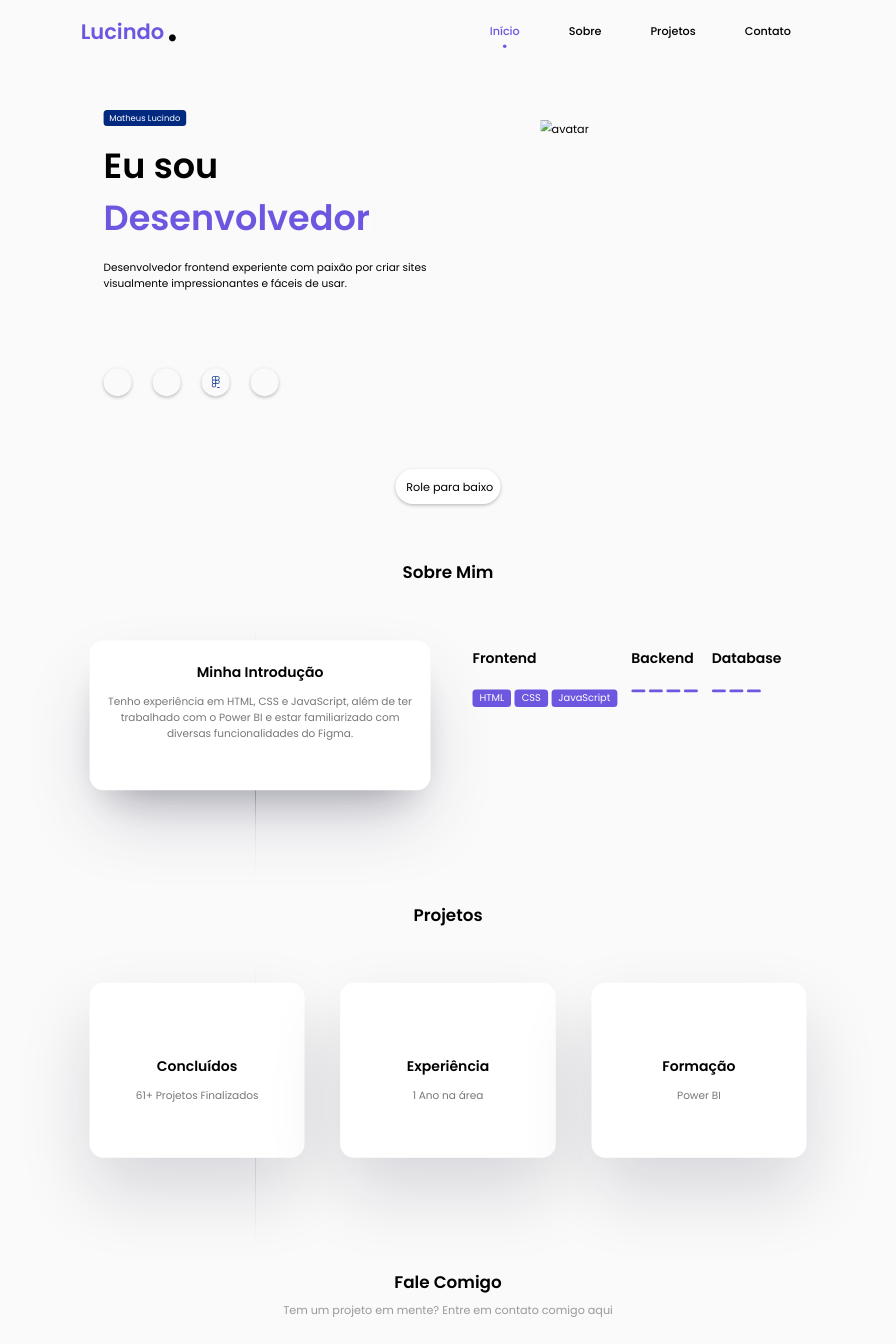
Repository: Matheus904-12/PrePortf
Page: index.html
These files come from the project's save history. The page is drawn as it stood at one moment and after the next save; the edit follows.
The browser window is 1280 px wide. The pictures show the part of the page from y = 0 to 1920 px (the page is 2744 px tall), at 70% of full size.
Some icons come from a web library that is not loaded, so they are not drawn. Some web libraries are served in a nearby version.

Above is the page before, as saved 2024-02-28 20:06:25.
Not found: pro.png

### index.html
<!DOCTYPE html>
<html lang="pt-br">

<head>
    <meta charset="UTF-8">
    <meta name="viewport" content="width=device-width, initial-scale=1.0">

    <!-- UNICONS -->
    <link rel="stylesheet" href="https://unicons.iconscout.com/release/v4.0.8/css/line.css">
    <!-- CSS -->
    <link rel="stylesheet" href="style.css">
    <!-- Add favicon -->
    <link rel="shortcut icon" href="assets/images/favicon.png" type="image/x-icon">

    <script src="https://kit.fontawesome.com/fd29053194.js" crossorigin="anonymous"></script>

    <title>Portfolio | Codingdev</title>
</head>

<body>
    <div class="container">
        <!-- --------------- CABEÇALHO --------------- -->
        <nav id="header">
            <div class="nav-logo">
                <p class="nav-name">Lucindo</p>
                <span>.</span>
            </div>
            <div class="nav-menu" id="myNavMenu">
                <ul class="nav_menu_list">
                    <li class="nav_list">
                        <a href="#home" class="nav-link active-link">Início</a>
                        <div class="circle"></div>
                    </li>
                    <li class="nav_list">
                        <a href="#about" class="nav-link">Sobre</a>
                        <div class="circle"></div>
                    </li>
                    <li class="nav_list">
                        <a href="#projects" class="nav-link">Projetos</a>
                        <div class="circle"></div>
                    </li>
                    <li class="nav_list">
                        <a href="#contact" class="nav-link">Contato</a>
                        <div class="circle"></div>
                    </li>
                </ul>
            </div>
            <div class="nav-menu-btn">
                <i class="uil uil-bars" onclick="myMenuFunction()"></i>
            </div>
        </nav>


        <!-- -------------- PRINCIPAL ---------------- -->
        <main class="wrapper">
            <!-- -------------- DESTAQUE ---------------- -->
            <section class="featured-box" id="home">
                <div class="featured-text">
                    <div class="featured-text-card">
                        <span>Matheus Lucindo</span>
                    </div>
                    <div class="featured-name">
                        <p>Eu sou <span class="typedText"></span></p>
                    </div>
                    <div class="featured-text-info">
                        <p>Desenvolvedor frontend experiente com paixão por criar sites visualmente
                            impressionantes e fáceis de usar.
                        </p>
                    </div>
                    <div class="social_icons">
                        <a href="https://www.instagram.com/matheus_lucindo/" target="_blank" class="icon"><i class="uil uil-instagram"></i></a>
                        <a href="https://www.linkedin.com/in/matheus-lucindo-b35b68190/" target="_blank" class="icon"><i class="uil uil-linkedin-alt"></i></a>
                        <a href="https://www.figma.com/@myprojets" target="_blank" class="icon"><i class="fa-brands fa-figma" style="color: #00297f;"></i></a>
                        <a href="https://github.com/Matheus904-12" target="_blank" class="icon"><i class="uil uil-github-alt"></i></a>
                    </div>
                </div>
                <div class="featured-image">
                    <div class="image">
                        <img src="pro.png" alt="avatar">
                    </div>
                </div>
                <div class="scroll-icon-box">
                    <a href="#about" class="scroll-btn">
                        <i class="uil uil-mouse-alt"></i>
                        <p>Role para baixo</p>
                    </a>
                </div>

            </section>
            <!-- -------------- SOBRE ---------------- -->
            <section class="section" id="about">
                <div class="top-header">
                    <h1>Sobre Mim</h1>
                </div>
                <div class="row">
                    <div class="col">
                        <div class="about-info">
                            <h3>Minha Introdução</h3>
                            <p><p>Tenho experiência em HTML, CSS e JavaScript, além de ter trabalhado com o Power BI e estar familiarizado com diversas funcionalidades do Figma.</p>
                            </p>

                        </div>
                    </div>
                    <div class="col">
                        <div class="skills-box">
                            <div class="skills-header">
                                <h3>Frontend</h3>
                            </div>
                            <div class="skills-list">
                                <span>HTML</span>
                                <span>CSS</span>
                                <span>JavaScript</span>
                            </div>
                        </div>
                        <div class="skills-box">
                            <div class="skills-header">
                                <h3>Backend</h3>
                            </div>
                            <div class="skills-list">
                                <span></span>
                                <span></span>
                                <span></span>
                                <span></span>
                            </div>
                        </div>
                        <div class="skills-box">
                            <div class="skills-header">
                                <h3>Database</h3>
                            </div>
                            <div class="skills-list">
                                <span></span>
                                <span></span>
                                <span></span>
                            </div>
                        </div>
                    </div>
                </div>
            </section>

            <!-- -------------- PROJETOS ---------------- -->

            <section class="section" id="projects">
                <div class="top-header">
                    <h1>Projetos</h1>
                </div>
                <div class="project-container">
                    <div class="project-box">
                        <i class="uil uil-briefcase-alt"></i>
                        <h3>Concluídos</h3>
                        <label>61+ Projetos Finalizados</label>
                    </div>
                    <div class="project-box">
                        <i class="uil uil-award"></i>
                        <h3>Experiência</h3>
                        <label>1 Ano na área</label>
                    </div>
                    <div class="project-box">
                        <i class="uil uil-award"></i>
                        <h3>Formação</h3>
                        <label>Power BI</label>
                    </div>
                </div>
            </section>

            <!-- -------------- CONTATO ---------------- -->

            <section class="section" id="contact">
                <div class="top-header">
                    <h1>Fale Comigo</h1>
                    <span>Tem um projeto em mente? Entre em contato comigo aqui</span>
                </div>
                <div class="row">
                    <div class="col">
                        <div class="contact-info">
                            <h2>Me Encontre <i class="uil uil-corner-right-down"></i></h2>
                            <p><i class="uil uil-envelope"></i> Email: matheuslucindo904@gmail.com</p>
                            <p><i class="uil uil-phone"></i> +55 11 97166-6817</p>
                        </div>
                    </div>
                    <div class="col">
                        <div class="form-control">
                            <div class="form-inputs">
                                <input type="text" class="input-field" placeholder="Nome">
                                <input type="text" class="input-field" placeholder="Email">
                            </div>
                            <div class="text-area">
                                <textarea placeholder="Mensagem"></textarea>
                            </div>
                            <div class="form-button">
                                <button class="btn">Enviar <i class="uil uil-message"></i></button>
                            </div>
                        </div>
                    </div>
                </div>
            </section>

        </main>


        <!-- --------------- RODAPÉ --------------- -->
        <footer>
            <div class="top-footer">
                <p>Matheus Lucindo .</p>
            </div>
            <div class="middle-footer">
                <ul class="footer-menu">
                    <li class="footer_menu_list">
                        <a href="#home">Início</a>
                    </li>
                    <li class="footer_menu_list">
                        <a href="#about">Sobre</a>
                    </li>
                    <li class="footer_menu_list">
                        <a href="#projects">Projetos</a>
                    </li>
                    <li class="footer_menu_list">
                        <a href="#contact">Contato</a>
                    </li>
                </ul>
            </div>
            <div class="footer-social-icons">
                <div class="icon"><a href="https://www.instagram.com/matheus_lucindo/" target="_blank"><i class="uil uil-instagram"></i></a></div>
                <div class="icon"><a href="https://www.linkedin.com/in/matheus-lucindo-b35b68190/" target="_blank"><i class="uil uil-linkedin-alt"></i></a></div>
                <a href="https://www.figma.com/@myprojets" target="_blank" class="icon"><i class="fa-brands fa-figma" style="color: #00297f;"></i></a>
                <div class="icon"><a href="https://github.com/Matheus904-12" target="_blank"><i class="uil uil-github-alt"></i></a></div>
            </div>
            <div class="bottom-footer">
                <p>Direitos Autorais &copy; <a href="#home" style="text-decoration: none;">Matheus Lucindo</a> - Todos os direitos
                    reservados
                </p>
            </div>
        </footer>

    </div>

    <!-- ----- TYPING JS Link ----- -->
    <script src="https://unpkg.com/typed.js@2.0.16/dist/typed.umd.js"></script>

    <!-- ----- SCROLL REVEAL JS Link----- -->
    <script src="https://unpkg.com/scrollreveal"></script>

    <!-- ----- MAIN JS ----- -->
    <script src="script.js"></script>
</body>

</html>

Loaded but not shown: script.js (117 lines, source omitted); style.css (636 lines, source omitted)

After the next save:
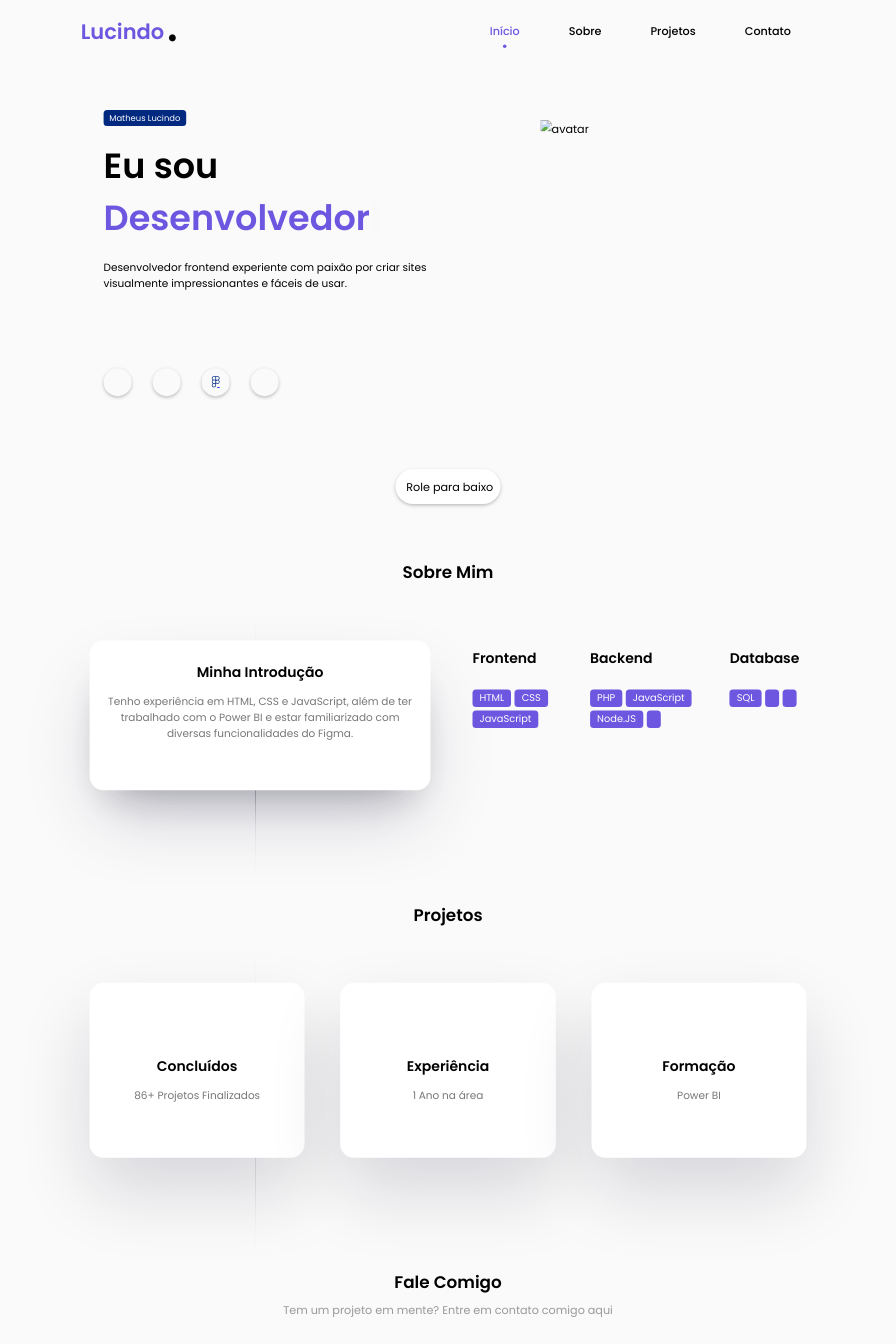
Saved 8 min 23 s later.
--- a/index.html
+++ b/index.html
@@ -117,9 +117,9 @@
                                 <h3>Backend</h3>
                             </div>
                             <div class="skills-list">
-                                <span></span>
-                                <span></span>
-                                <span></span>
+                                <span>PHP</span>
+                                <span>JavaScript</span>
+                                <span>Node.JS</span>
                                 <span></span>
                             </div>
                         </div>
@@ -128,7 +128,7 @@
                                 <h3>Database</h3>
                             </div>
                             <div class="skills-list">
-                                <span></span>
+                                <span>SQL</span>
                                 <span></span>
                                 <span></span>
                             </div>
@@ -147,7 +147,7 @@
                     <div class="project-box">
                         <i class="uil uil-briefcase-alt"></i>
                         <h3>Concluídos</h3>
-                        <label>61+ Projetos Finalizados</label>
+                        <label>86+ Projetos Finalizados</label>
                     </div>
                     <div class="project-box">
                         <i class="uil uil-award"></i>
